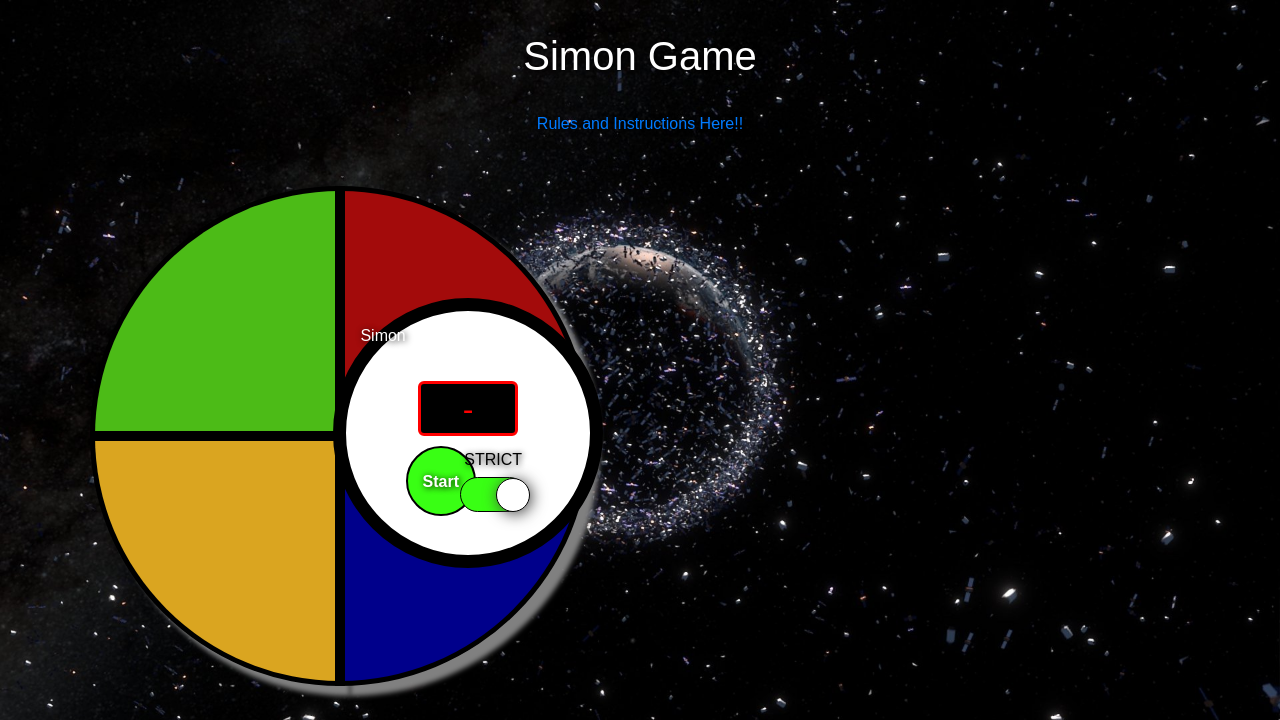
Repository: cgaynor91/Simon-Memory-Game
Page: index.html
The author's editor kept a record of every edit. The page is drawn from the files as they stood at one moment, then again after the next edit.
The browser window is 1280 px wide. The pictures show the whole page.
An inner scrolling area shows only its first screen. Some web fonts or font styles are not loaded; a fallback is used.

Above is the page before.

### index.html
<!DOCTYPE html>
<html lang="en">

<head>
    <meta charset="UTF-8">
    <meta name="viewport" content="width=device-width, initial-scale=1.0">
    <meta http-equiv="X-UA-Compatible" content="ie=edge">
    <title>Simon Memory Game</title>

    <!-- Style sheets -->
    <link rel="stylesheet" href="https://stackpath.bootstrapcdn.com/bootstrap/4.3.1/css/bootstrap.min.css">
    <link href="https://fonts.googleapis.com/css?family=Fascinate+Inline&display=swap" rel="stylesheet" type="text/css">
    <link class="favicon" rel="icon" href="assets/images/favicon.ico" type="image/ico">

    <link rel="stylesheet" href="assets/css/style.css">

</head>


<body>
  <!-- Main Container -->

  <div class="container-fluid header">
    <!--main container-->
    <div class="row">
      <div class="col">
        <h1 class="m-4 py-2">Simon Game</h1>
      </div>
    </div>

    <div class="row">
      <div class="rules-col col">
        <a href="https://www.youtube.com/watch?v=1Yqj76Q4jJ4">Rules and Instructions Here!!</a>
      </div>
    </div>

    <!-- will hold the simon board -->
    <div class="container-fluid outer-circle">
      <div class="row">
        <div class="col simon-board">
          <div class="pads">
            <div id="greenpad" class="pad green-pad"></div>
            <div id="redpad" class="pad red-pad"></div>
            <div id="yellowpad" class="pad yellow-pad"></div>
            <div id="bluepad" class="pad blue-pad"></div>
          </div>

<!-- inner -circle of board containg number counter and switches -->

          <div class="inner-circle">
            <div class="label">Simon</div>
            <div id="turn" class="display">-</div>
            <div id="start" class="start-button">Start</div>
            <div class="container strict">
              <div class="strict-label">
                <p>STRICT</p>
                <div class="strict-switch">
                  <input type="checkbox" id="strict" class="toggle" checked/>
                </div>
              </div>
            </div>
          </div>
        </div>
      </div>
    </div>
  </div>

   <div class="container-fluid footer">
    <div class="row justify-content-center">
      <p>Website created by Claire Gaynor &copy;
        <br> For educational purposes only.</p>
    </div>
  </div>



    <!-- Scripts located at the bottom of the body to ensure quick page loading -->
    <script src="https://cdnjs.cloudflare.com/ajax/libs/jquery/3.4.1/jquery.slim.min.js"></script>
    <script src="https://ajax.googleapis.com/ajax/libs/jquery/3.3.1/jquery.min.js"></script>
    <script src="https://cdnjs.cloudflare.com/ajax/libs/popper.js/1.15.0/umd/popper.min.js"></script>
    <script src="https://stackpath.bootstrapcdn.com/bootstrap/4.3.1/js/bootstrap.min.js"></script>
    <script src="assets/js/script.js"></script>



</body>

</html>

### assets/css/style.css
@import url('https://fonts.googleapis.com/css?family=Fascinate+Inline:100,200,300,400,500,600,700');


html,

body {
  width: 100%;
  height: 100%;
  margin: 0;
  padding: 0;
  overflow-x: hidden;
  background-image: url("../images/bgimage.jpg");
  background-color: #161677;
  background-size: cover;
  font-family: 'Fascinate inline', sans-serif;
  text-shadow: 1px 1px 6px #000000;
}




/* Containers */

.header {
  color: white;
  text-align: center;
}

.outer-circle {
  padding: 0;
  margin: auto;
  width: 100%;
  height: 100vw;
  max-width: 600px;
  max-height: 600px;
  border-radius: 50%;
  background-color: transparent;
  margin-bottom: 230px;
  display: flex;
}


.strict {
  position: absolute;
  margin-top: 149px;
  margin-left: 50px;
  padding: 0px;
  width: 29%;
  line-height: 0;
}


.footer {
  color: #fff;
}

/* Simon Board Pad Colours */

.pad {
  float: left;
  position: relative;
  width: 50%;
  height: 50vw;
  border: solid 12px #000;
  max-width: 300px;
  max-height: 300px;
  -moz-box-sizing: border-box;
  -webkit-box-sizing: border-box;
  box-shadow: 1px 1px 12px #000000;

}


#greenpad {
  position: absolute;
  height: 250px;
  width: 250px;
  border-radius: 250px 0 0 0;
  -moz-border-radius: 250px 0 0 0;
  -webkit-border-radius: 250px 0 0 0;
  background: #4CBB17;
  top: 50%;
  left: 50%;
  margin: -250px 0px 0px -250px;
  border-style: solid;
  border-width: 5px;
  box-sizing: border-box;
  -moz-box-sizing: border-box;
  -webkit-box-sizing: border-box;
}

#redpad {
  position: absolute;
  height: 250px;
  width: 250px;
  -moz-border-radius: 0 250px 0 0;
  -webkit-border-radius: 0 250px 0 0;
  background: #a30b0b;
  top: 50%;
  left: 50%;
  margin: -250px 0px 0px 0px;
  border-style: solid;
  border-width: 5px;
   box-shadow: 10px 10px 5px grey;
  box-sizing: border-box;
  -moz-box-sizing: border-box;
  -webkit-box-sizing: border-box;
}

#yellowpad {
  position: absolute;
  height: 250px;
  width: 250px;
  -moz-border-radius: 0 0 0 250px;
  -webkit-border-radius: 0 0 0 250px;
  background: #daa520;
  top: 50%;
  left: 50%;
  margin: 0px -250px 0px -250px;
  border-style: solid;
  border-width: 5px;
  box-sizing: border-box;
  box-shadow: 10px 10px 5px grey;
  -moz-box-sizing: border-box;
  -webkit-box-sizing: border-box;
}

#bluepad {
  position: absolute;
  height: 250px;
  width: 250px;
  -moz-border-radius: 0 0 250px 0;
  -webkit-border-radius: 0 0 250px 0;
  background: #00008b;
  top: 50%;
  left: 50%;
  margin: 0px 0px -250px 0px;
  border-style: solid;
  border-width: 5px;
  box-sizing: border-box;
   box-shadow: 10px 10px 5px grey;
  -moz-box-sizing: border-box;
  -webkit-box-sizing: border-box;
}

/* Controls */


.inner-circle {
  display: -webkit-box;
  display: -ms-flexbox;
  display: flex;
  -webkit-box-pack: center;
  -ms-flex-pack: center;
  justify-content: center;
  position: absolute;
  background-color: #fff;
  top: 27%;
  left: 27%;
  width: 46vw;
  height: 46vw;
  max-width: 270px;
  max-height: 270px;
  border: solid 13px #000;
  border-radius: 50%;
  line-height: 50px;
  box-sizing: border-box;
  -moz-box-sizing: border-box;
  -webkit-box-sizing: border-box;
}


#turn {
  position: absolute;
  top: 70px;
  max-width: 100px;
  max-height: 55px;
  color: #ff0000;
  background-color: #000;
  width: 39vw;
  height: 11vw;
  margin: auto;
  border: solid 3px #ff0000;
  border-radius: 6px;
  font-size: 2em;
}

.start-button {
    float: left;
    margin-right: 100px;
    margin-top: 135px;
    padding: 10px;
    line-height: 3em;
    font-weight: bold;
    background-color: #39ff14;
    height: 70px;
    width: 70px;
    border-radius: 50%;
    border: solid 2px #000;
}

.start-button:active {
  background-color: #ccff00;
}

.strict-switch {
  margin-top: 17px;
}

.strict-label {
  color: #000;
}

input[type="checkbox"] {
  position: relative;
  width: 67px;
  height: 35px;
  -webkit-appearance: none;
  -moz-appearance: none;
  -o-appearance: none;
  appearance: none;
  background: #3e8231;
  border: solid 1px #000;
  border-radius: 25vw;
}

input:checked[type="checkbox"] {
  background-color: #39ff14;
}

input[type="checkbox"]:before {
  content: "";
  position: absolute;
  height: 34px;
  width: 34px;
  border-radius: 50%;
  border: solid .5px #000;
  background-color: #fff;
  box-shadow: 2px 2px 15px #444;
}

input:checked[type="checkbox"]:before {
  left: 35px;
}

Loaded but not shown: assets/js/script.js (no copy from this time; the picture is the same without it)

After the next edit:
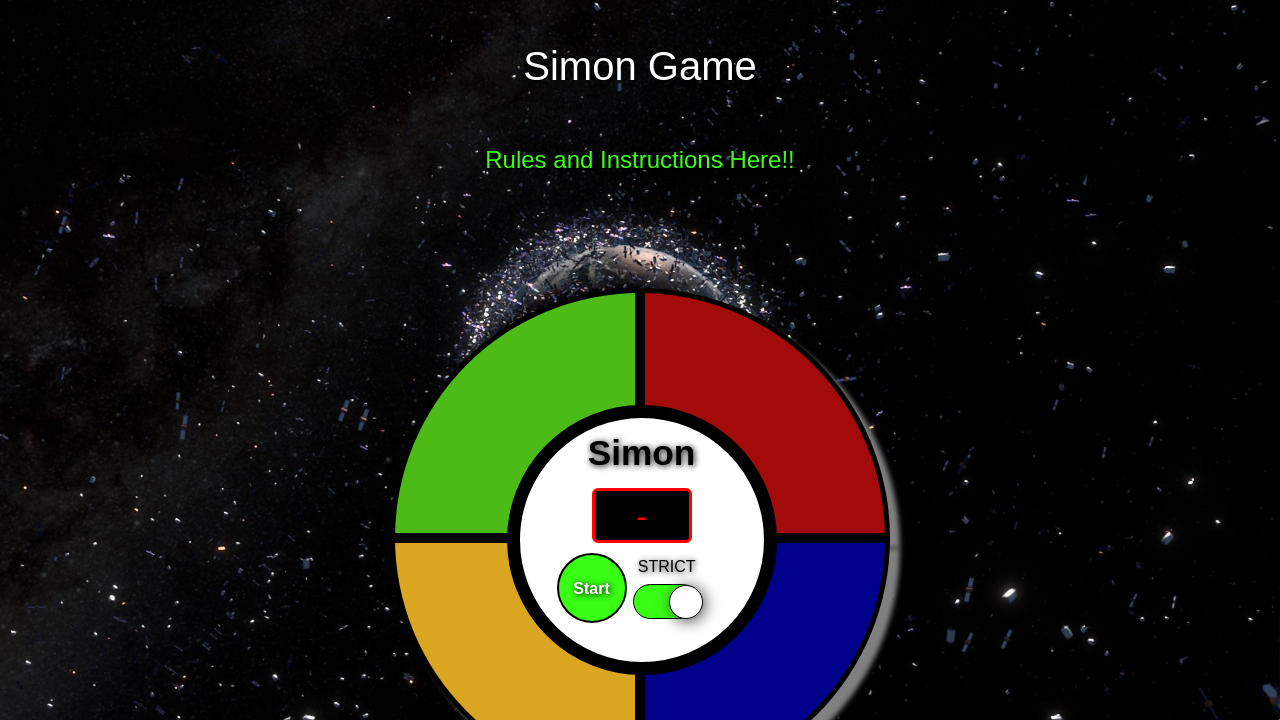
The edit:
--- a/assets/css/style.css
+++ b/assets/css/style.css
@@ -16,6 +16,41 @@
   text-shadow: 1px 1px 6px #000000;
 }
 
+.row {
+  text-align: center;
+  padding: 10px;
+  margin: 0;
+  width: 100%;
+  height: 100%;
+}
+
+a {
+  color: #39ff14;
+  padding-top: 5px;
+  font-size: 1.5em;
+}
+
+a:hover {
+  color: #fff;
+  text-decoration: none;
+}
+
+.rules-col {
+  margin-bottom: 50px;
+}
+
+h1 {
+  color: #fff;
+  margin-top: 10px;
+}
+
+.label {
+  position: absolute;
+  font-size: 2.2em;
+  color: #000;
+  font-weight: bold;
+  margin-top: 10px;
+}
 
 
 
